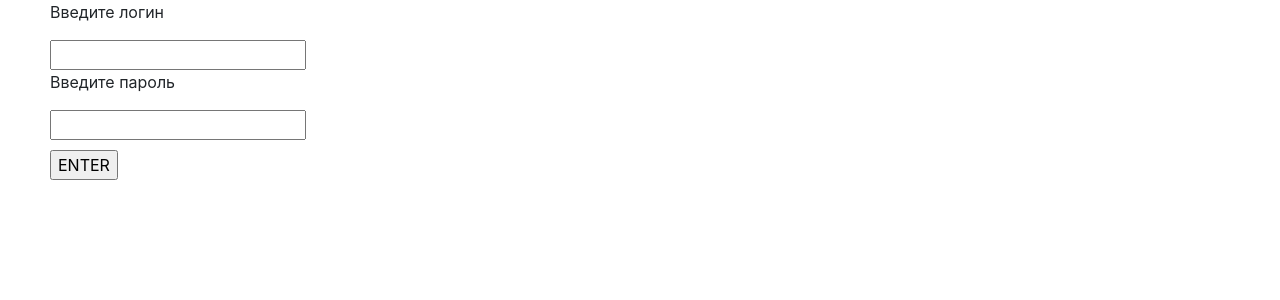
Repository: sMoonBeam/Labs
Page: MyList/WebContent/index.html
The author's editor kept a copy of each file at every save. The page is drawn from the files as they stood at one save, then again after the next save.
The browser window is 1280 px wide. The pictures show the whole page.

Above is the page before, as saved 2019-10-16 20:41:48.

After the next save:
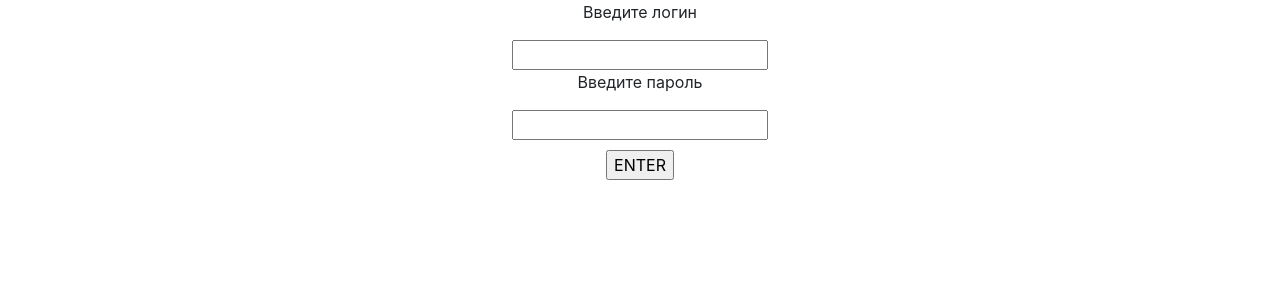
Saved 12 s later.
--- a/MyList/WebContent/index.html
+++ b/MyList/WebContent/index.html
@@ -7,7 +7,7 @@
 <link href="https://stackpath.bootstrapcdn.com/bootstrap/4.3.1/css/bootstrap.min.css" rel="stylesheet">
 </head>
 <body>
-	<form  action="mylist" method="POST" style="margin-left: 50px">
+	<form  action="mylist" method="POST" align=center>
 		<p>Введите логин</p>
 		<input type="text" name="login" required/>
 		<p>Введите пароль</p>
